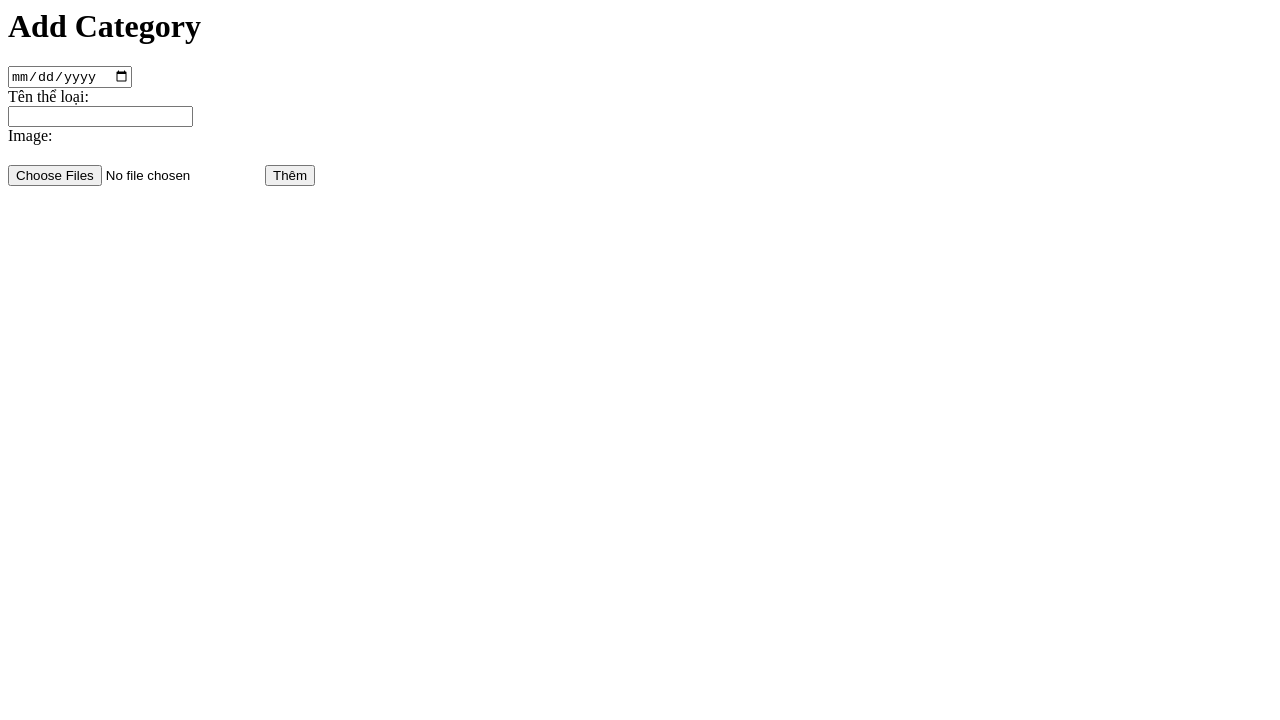
Repository: quynn1804/duan1
Page: http://localhost/control/add_type.php
An editor plug-in stored every save of this project. The page is shown before and after the next save, followed by the edit.
The browser window is 1280 px wide. The pictures show the whole page.
Some web fonts or font styles are not loaded; a fallback is used. The page is run by PHP 8.4 with error messages shown; the project is at /var/www/html/.

Above is the page before, as saved 2022-11-10 00:38:13.

### du_an_1/control/add_type.php
<main>
            <h1>Add Category</h1>
            <div class="date">
                <input type="date">
            </div>

            <div class="add_categories_wrap_form">

        <form action="" method="POST" enctype="multipart/form-data">
            <label for="">Tên thể loại:</label> <br>
            <input type="text" class="form-control mb3" name="name" required>
            <br>



            <label for="">Image:</label> <br>
            <input type="file" class="image" name="image" multiple>
            <?php if(isset($image_err)): ?>
                <div style="color: red;">
            <?= $image_err  ?>
            </div>

              <?php endif ?>


            <button type="submit" class="btn " style="margin-top:20px ;" name="btnSubmit">Thêm</button>




        </form>
    </div>


</main>

### du_an_1/src/css/kkk.css
:root{
    --color-primary: #7380ec;
    --color-danger:#ff7782;
    --color-success:#41f1b6;
    --color-warning:#ffbb55;
    --color-white:#fff;

    --color-dark:#363949;
    --color-dark-variant:#677483;
    --color-info-dark:#7d8da1;

    --color-info-light:#dce1eb;

    --color-light:rgba(132,139,200,0.18);
    --color-primary-variant:#111e88;

    --color-background:#f6f6f9;

    --card-border-radius:2rem;
    --border-radius-1:0.4rem;
    --border-radidus-2:0.8rem;
    --border-radius-3:1.2rem;

    --car-padding:1.8rem;
    --padding-1:1.2rem;
    --box-shadow: 0 2rem 3rem var(--color-light);
}

/* DARK THEME VARAIBLES */
.dark-theme-variables{
    --color-background:#181a1e;
    --color-white:#202528;
    --color-dark: #edeffd;
    --color-dark-variant: #a3bdcc;
    --color-light:rgba(0, 0,0,0.4);
    --box-shadow:0 2rem 3rem var(--color-light);
    }


@font-face {
    font-family: pro;
    src: url(../font-family/SourceSansPro-Regular.ttf);
}

*{
    padding: 0 ;
    margin: 0 ;
    outline: 0 ;
    border: 0 ;
    appearance: none ;
    text-decoration: none ;
    list-style: none ;
    box-sizing: border-box ;
}

html{
    font-size: 14px;

}

body{

    width: 100vw;
    height: 100vh;
    font-family: pro;
    font-size: 0.88rem;
    background-color: var(--color-background);
    transition: all 300ms ease;


}



a{
    color: var(--color-dark-variant);
}

img{
    display: block;
    width: 100%;
}

h1{
    font-weight: 800;
    font-size: 1.8rem;
}


h2{
    font-size: 1.4rem;
}

h3{
    font-size: 0.87rem;
}

h4{
    font-size: 0.8rem;
}

h5{
    font-size: 0.77rem;
}

small{
    font-size:0.75rem;
}

.profile-photo{
    height: 2.8rem;
    width: 2.8rem;
    border-radius: 50%;
    overflow: hidden;
}

.text-muted{
    color: var(--color-info-dark);
}

p{
    color: var(--color-dark-variant);
}

b{
    color: var(--color-dark) ;
}

.primary{
    color: var(--color-primary);
}

.danger{
    color: var(--color-danger);
}

.success{
    color: var(--color-success);
}

.warning{
    color: var(--color-warning);
}

.container{

    display: grid;
    width: 96%;

    margin: 0 auto;
    gap: 1.8rem;
    grid-template-columns:14rem auto 23rem ;
}


aside{
    height: 100vh;

}

aside .top{

    display: flex;
    align-items: center;
    justify-content: space-between;
    margin-top: 0.5rem;
}
aside .logo{
    display: flex;
    gap:0.1rem;

}
aside .logo img{
    margin-left: 1rem;
    width: 5rem;

}

aside .logo h2{
    display: flex;
    align-items: center;
    font-weight: 900;
    color: var(--color-dark);
}

aside .close{
    display: none;
}

aside .sidebar{

    display: flex;
    flex-direction: column;
    height: 81vh;
    position: relative;
    top: 2rem;
}

aside h3{
    font-weight: 500;
}

aside .sidebar a{
display: flex;
color: var(--color-info-dark);
margin-left: 2rem;
gap:1rem;
align-items:center ;

height: 3.7rem;
transition: all 300ms ease;
}

aside .sidebar a span {
    font-size: 1.6rem;
    transition: all 300ms ease;
}


aside .sidebar a:last-child{
    position: absolute;
    bottom: 2rem;
    width: 100%;

}


aside .sidebar .active{
    background-color: var(--color-light);
    color: var(--color-primary);

}

aside .sidebar .active:before{
    content:'';
    width: 6px;
    height: 100%;
    background-color:var(--color-primary) ;
}

aside .sidebar .active span{
   margin-left: calc(1rem-3px);
}


aside .sidebar a:hover{
    color: var(--color-primary);
}

aside .sidebar a:hover span{
    margin-left: 1rem;
}


aside .sidebar .message-count{
    background-color: var(--color-danger);
    color: var(--color-white);
    padding: 2px 10px;
    font-size:11px;
    border-radius: var(--border-radius-1) ;
}



/* ===============Main============  */


main{
    margin-top: 1.4rem;

}

main>h1{
    color: var(--color-dark);
}

main .date{
    display: inline-block;
    background-color: var(--color-light);
    border-radius: var(--border-radius-1);
    margin-top: 1rem;
    padding: 0.5rem 1.6rem;

}

main .date input{
    background: transparent;
    color: var(--color-dark);
}

main .insights{
    display: grid;
    grid-template-columns: repeat(3,1fr);
    gap:1.6rem;
}

main .insights>div{
    background-color: var(--color-white);
    padding: var(--car-padding);
    border-radius: var(--card-border-radius);
    margin-top: 1rem;
    box-shadow: var(--box-shadow);
    transition: all 300ms ease;
}
main  h1{
    color: var(--color-dark);
}

main  h2{
    color: var(--color-dark);
}

main  h3{
    color: var(--color-dark);
}

main thead tr{
    color: var(--color-dark);
}

main tbody tr{
    color: var(--color-info-dark);
}
main .insights>div:hover{
    box-shadow: none;
}


main .insights>div span{
    background-color: var(--color-primary);
    padding: 0.5rem;
    border-radius: 50%;
    color: var(--color-white);
    font-size: 2rem;
}

main .insights>.expenses span{
background-color: var(--color-danger);
}


main .insights>.income span{
background-color: var(--color-success);
}

main .insights>div .middle{
    display: flex;
    align-items: center;
    justify-content: space-between;

}

main .insights>div .progress{
    position: relative;
    width: 92px;
    height: 92px;
    border-radius: 50%;
}


main .insights svg{
    width: 7rem;
    height: 7rem;
}

main .insights svg circle{
    fill: none;
    stroke: var(--color-primary);
    stroke-width: 14;
    stroke-linecap: round;
    transform: translate(5px, 5px);
    stroke-dasharray: 110;
    stroke-dashoffset: 92;
}

main .insights .sales svg circle{
   stroke-dasharray: 200;
   stroke-dashoffset: -30;
}

main .insights .expenses svg circle{
    stroke-dasharray: 80;
    stroke-dashoffset: 18;
 }

 main .insights .income svg circle{
    stroke-dasharray: 110;
    stroke-dashoffset: 35;
 }

 main .insights .progress .number{
    position: absolute;
    top:0;
    bottom: 0;
    left: 0;
    right: 0;
     display: flex;
   justify-content: center;
    align-items: center;
 }

 main .insights small{
    display: block;

 }

 main .recent-order{
    margin-top:2rem ;

 }

 main .recent-order h2{
    margin-bottom:0.8rem ;

 }

 main .recent-order table{
    background-color: var(--color-white);
    width: 100%;
    border-radius: var(--card-border-radius);
    padding: var(--car-padding);
    text-align: center;
    box-shadow: var(--box-shadow);
    transition: all 300ms ease;
 }

 main .recent-order table:hover{
    box-shadow: none;
 }
 table th{
    font-size: 1rem;
 }

 table td{
    font-size: 0.9rem;
 }
 main table tbody td{
    padding: 1rem 0;
    border-bottom: 1px solid var(--color-light);

 }

 main table tbody tr:last-child td{
    border: none;
 }

 main .show-all{
    text-align: center;
    margin-top: 3rem;
 }


/* ==================Right=============*/


.right  {
    margin-top: 1.4rem;

}

.right h2{
    color: var(--color-dark);
}

.right h3{
    color: var(--color-dark);
}

.right .top{
    display: flex;
    justify-content: end;
    gap: 2rem;
}

.right .top #menu-btn{
    display: none;
}

.right .top .theme-toggler{
    width: 4.2rem;
    height: 1.6rem;
    background-color: var(--color-light);
    border-radius: var(--border-radius-1);
    display: flex;
    justify-content: space-between;
    align-items: center;
    cursor: pointer;
}

.right .top .theme-toggler span{
    font-size: 1.2rem;
    width: 50%;
    height: 100%;
    display: flex;
    align-items: center;
    justify-content: center;


}

.right .top .theme-toggler span:nth-child(1){
    color: #fff;
}

.right .top .theme-toggler span.active{
    background-color: var(--color-primary);
    border-radius: var(--border-radius-1);
    color: #fff;
}

.right .top .profile{
    display: flex;
    gap: 1.5rem;
    justify-content: space-between;
    text-align: right;
}


/* =============================Recent update ============== */

.right .recent-updates{
    margin-top: 1rem;

}

.right .recent-updates h2{
    margin-bottom: 0.8rem;
}

.right .recent-updates .updates{
    background-color: var(--color-white);
    border-radius: var(--card-border-radius);
    padding: var(--car-padding);
    display: flex;
    flex-direction: column;
    gap: 1rem;
    transition: all 300ms ease;

}

.right .recent-updates .updates .update{
    display: flex;
    gap: 1rem;
    align-items: center;

}



/* ======================Sale analytics=================  */

.right .sales-analytics{
    margin-top: 2rem;


}

.right .sales-analytics h2{
    margin-bottom: 0.8rem;

}

.right .sales-analytics .item{

    display: flex;

    gap: 1rem;
    background-color: var(--color-white);
    margin-bottom: 0.7rem;
    padding: var(--car-padding);
    border-radius: var(--border-radius-3);
    box-shadow:  var(--box-shadow);
    transition: all 300ms ease;

}



.right .sales-analytics .item:hover{
    box-shadow: none;
}

.right .sales-analytics .item .icon{
    display: flex;
    align-items: center;
    padding: 0.6rem;
    color: var(--color-white);
    border-radius: 50%;
    background-color: var(--color-primary);
}

.right .sales-analytics .item.offline .icon{
    background-color: var(--color-danger);
}
.right .sales-analytics .item .right{

    margin-top: 0;
    display: flex;
    justify-content: space-between;
    align-items: start;
    width: 100%;
    height: 100%;

}

.right .sales-analytics .add-product{
   background-color: transparent;
   border: 2px dashed var(--color-primary);
   color: var(--color-primary);
   display: flex;
   align-items: center;
   justify-content: center;
   transition: all 300ms ease;
   margin-bottom: 0rem !important;
}

.right .sales-analytics .add-product div{
    display: flex;
    align-items: center;
    gap: 0.6rem;
}

.right .sales-analytics .add-product div h3{
    font-weight: 500;
    color: var(--color-primary);
    transition: all 300ms ease;
}
.right .sales-analytics .add-product:hover div h3{
    color:#fff;
}
.right .sales-analytics .add-product:hover{
    background-color: var(--color-primary);
    color: var(--color-white);
}




/* =====================Add Product ==================  */

label{
font-size: 1.2rem;
color: var(--color-dark-variant);
}

.add_product{
    margin-top: 1rem;
    box-shadow: var(--box-shadow);
    background-color: var(--color-white);
    padding: var(--car-padding);
    border-radius: var(--card-border-radius);
    transition: all 300ms ease;
}

.add_product:hover{
    box-shadow: none;
}

.add_product input, .add_categories_wrap_form input,.sua_categories_wrap input {
    border:1px solid var(--color-info-light) ;
    padding: 6px 12px;
    width: 100%;
    border-radius: 0.375rem;
    background-color:#fff;
    margin-bottom: 1rem;
    line-height: 1.5;
    font-size: 1rem;
    color: var(--color-info-dark);
}

 .add_product input::file-selector-button,
 .sua_product input::file-selector-button,
 .add_categories_wrap_form input::file-selector-button,
 .sua_categories_wrap input::file-selector-button{
    border: none;
    height: 100%;
    padding: 0.5rem;
    color: #7d8da1;
    font-size: 1.2rem;
}

.add_product .image, .add_categories_wrap_form .image {
    background-color: var(--color-white);
    color: var(--color-info-dark);
    height: 37px;
    padding: 0px 0px;
    font-size: 1.2rem;
}

 textarea{
    border:1px solid var(--color-info-light);
    background-color: #fff;
    margin-bottom: 1rem;
    font-size: 1.2rem;
    color: var(--color-info-dark);
}

.add_product .btn, .sua_product .btn, .add_categories_wrap_form .btn, .sua_categories_wrap .btn{
    padding: 0.5rem 1.6rem;
    border-radius: 0.375rem;
    background-color: var(--color-primary);
    font-size: 1.2rem;
    color: #fff;

}

.add_product .btn:hover, .sua_product .btn:hover, .sua_categories_wrap .btn:hover{
   opacity: 0.9;
   cursor: pointer;
}

 select{
    border:1px solid var(--color-info-light) ;
    width: 100%;
    padding: 6px 14px;
    border-radius: 0.375rem;
    line-height: 1.5;
    font-size: 1.2rem;
    color: var(--color-info-dark);
    margin-bottom: 1rem;
}

 textarea{
    border:1px solid var(--color-info-light);
    background-color: #fff;
    margin-bottom: 1rem;
    padding: 16px;
    width: 100%;
    height: 60px;
    border-radius: 0.375rem;
    font-size: 1.2rem;

}








/* =========================Show Product==============  */
.table_wrapper{
    margin-top: 1rem;
    height: 660px;
    overflow-y: scroll;
    border-radius: var(--card-border-radius);

    transition: all 300ms ease;

}

.table_wrapper .table{

    box-shadow: var(--box-shadow);
}

.table_wrapper::-webkit-scrollbar{
    width: 10px;
}

.table_wrapper::-webkit-scrollbar-thumb{
    background-color: var(--color-light);
    border-radius: 0.2rem;
}





.show_product table, .wrap_show_categories table{

    background-color: var(--color-white);
    width: 100%;
    border-radius: var(--card-border-radius);
    padding: var(--car-padding);
    text-align: center;
    box-shadow: var(--box-shadow);
    transition: all 300ms ease;

}


.show_product img, .wrap_show_categories table img{
    max-width: 200px;
    max-height: 200px;
    margin: 0 auto;
}
.show_product table:hover, .wrap_show_categories table:hover{
    box-shadow: none;
}

.show_product .btn-sua, .wrap_show_categories .btn-sua{
    padding: 6px 12px;
    background-color: var(--color-primary);
    border-radius: 0.375rem;
    color: #fff;
}

.show_product .btn-xoa, .wrap_show_categories .btn-xoa{
    padding: 6px 12px;
    background-color: var(--color-danger);
    border-radius: 0.375rem;
    color: #fff;
}

.show_product .btn-them, .wrap_show_categories .btn-them{
    padding: 6px 12px;
    background-color: var(--color-success);
    border-radius: 0.375rem;
    color: #f6f6f9;
}


/* ==================== Sửa product ======================  */



.sua_product{
    box-shadow: var(--box-shadow);
    background: var(--color-white);
    border-radius: var(--card-border-radius);
    padding: var(--car-padding);
    transition: all 300ms ease;
    margin-top: 1rem;

}

.sua_product:hover{
    box-shadow: none;
}

.sua_product img{
    max-width: 200px;
    max-height: 200px;
}

.sua_product input {
    border:1px solid var(--color-info-light) ;
    padding: 6px 12px;
    width: 100%;
    border-radius: 0.375rem;
    background-color:#fff;
    margin-bottom: 1rem;
    line-height: 1.5;
    font-size: 1rem;
    color: var(--color-info-dark);
}

.sua_product .image, .sua_categories_wrap .image{
    background-color: var(--color-white);
    color: var(--color-info-dark);
    height: 37px;
    padding: 0px 0px;
    font-size: 1.2rem;
}


/* =================Show Categories ===================== */

.wrap_show_categories{

    width: 100%;
    height: 660px;
    margin-top: 1rem;

}

.wrap_table{

    height: 600px;
    overflow-y: scroll;
    border-radius: var(--card-border-radius);
}

.wrap_table::-webkit-scrollbar{
    width: 10px;
}

.wrap_table::-webkit-scrollbar-thumb{
    background-color: var(--color-light);
    border-radius: 0.2rem;
}


/* =================== add the loai ==================  */

.add_categories_wrap_form{

    background-color: var(--color-white);
    padding: var(--car-padding);

    border-radius: var(--card-border-radius);
    margin-top: 1rem;
    box-shadow: var(--box-shadow);
    transition: all 300ms ease;
}
.add_categories_wrap_form:hover{
    box-shadow: none;
}

/* ============== Sửa category =============  */


.sua_categories_wrap{
    background-color: var(--color-white);
    padding: var(--car-padding);

    border-radius: var(--card-border-radius);
    margin-top: 1rem;
}

.sua_categories_wrap img {
    max-width: 200px;
    max-height: 200px;
    margin-bottom: 1rem;
}

.alert{
    color:var(--color-success);
    margin-top: 1rem;

}

After the next save:
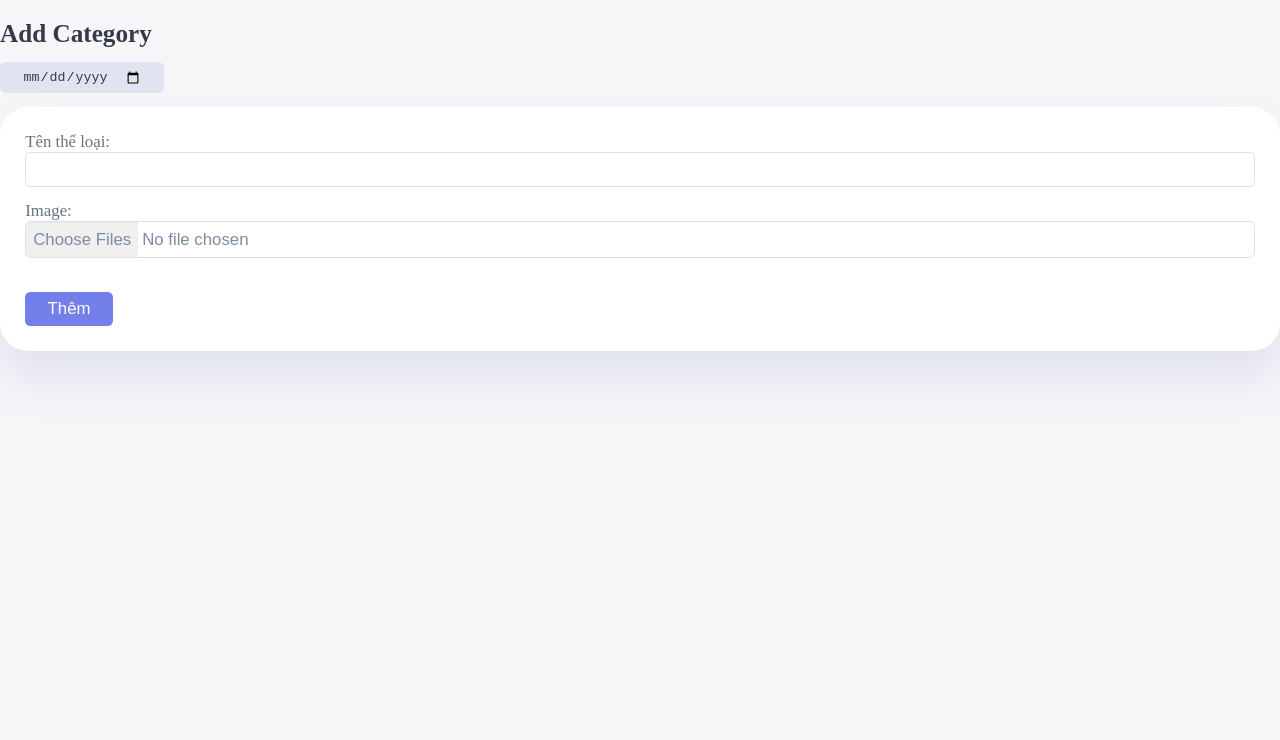
Saved 21 s later.
--- a/du_an_1/control/add_type.php
+++ b/du_an_1/control/add_type.php
@@ -1,5 +1,6 @@
 <main>
             <h1>Add Category</h1>
+            <link rel="stylesheet" href="./src/css/kkk.css">
             <div class="date">
                 <input type="date">
             </div>
